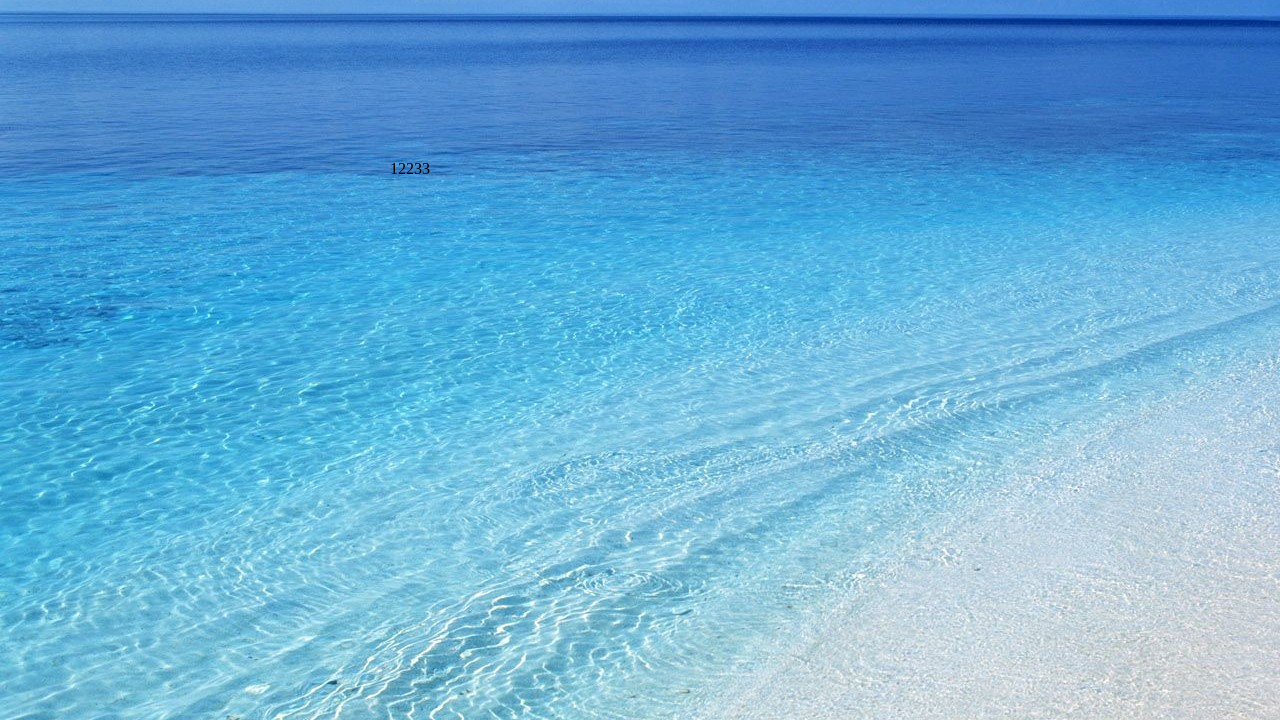
Repository: jinggegeZ/livechat
Page: /login
An editor plug-in stored every save of this project. The page is shown before and after the next save, followed by the edit.
The browser window is 1280 px wide. The pictures show the whole page.
The project was rebuilt for these pictures with package versions that can differ from the ones it lists, and the page was loaded fresh each time. Also part of the build but not shown: src/views/Home.vue.

Above is the page before, as saved 2020-08-17 15:03:00.

After the next save:
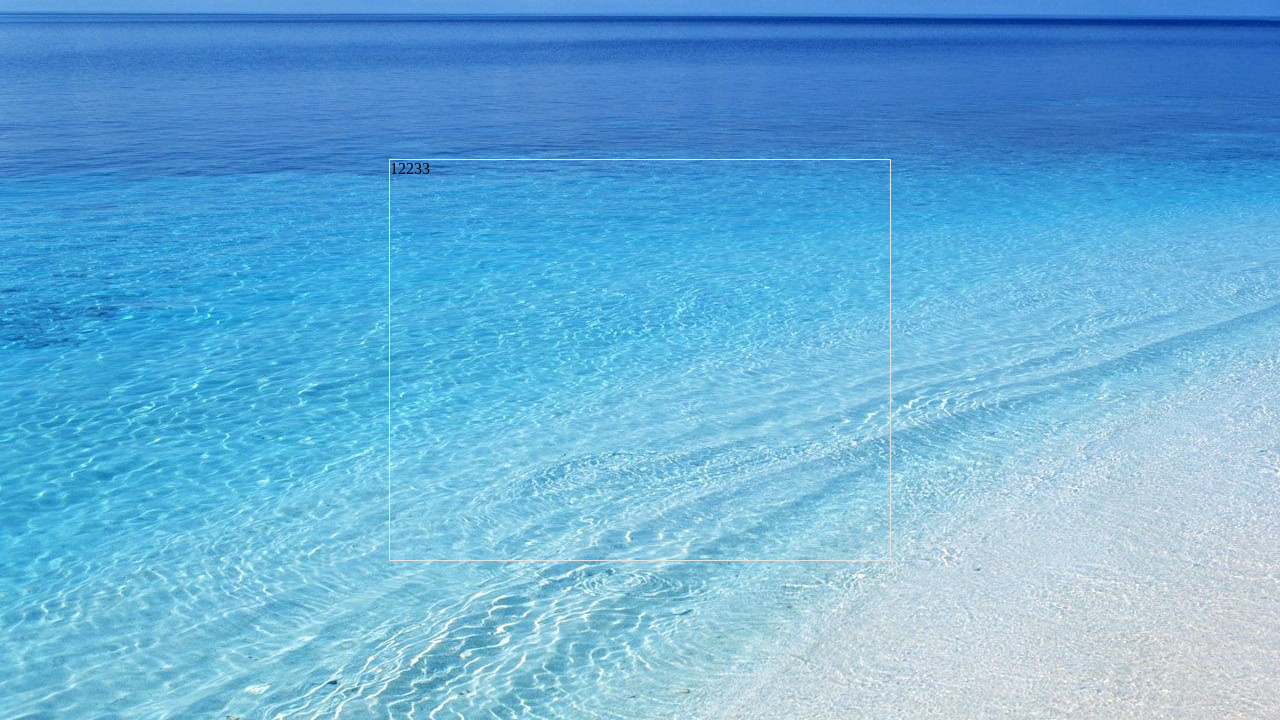
Saved 12 s later.
--- a/src/views/login.vue
+++ b/src/views/login.vue
@@ -54,6 +54,6 @@
 .loginbox {
   width: 500px;
   height: 400px;
-
+   border: 1px solid rgb(228, 228, 228);
 }
 </style>
